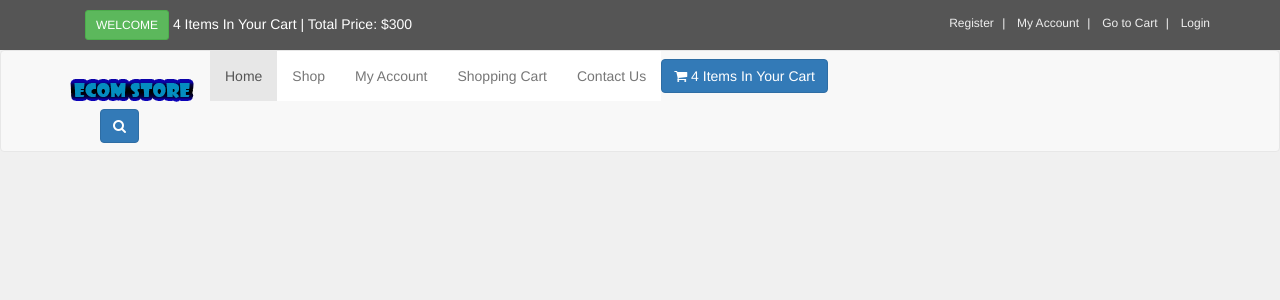
Repository: truonghuynhquy/M_Dev_Store
Page: http://localhost/
The author's editor kept a copy of each file at every save. The page is drawn from the files as they stood at one save, then again after the next save.
The browser window is 1280 px wide. The pictures show the whole page.
The page is run by PHP 8.4 with error messages shown; the project is at /var/www/html/.

Above is the page before, as saved 2022-09-21 19:37:55.

### index.php
<!DOCTYPE html>
<html lang="en">

<head>
    <meta charset="UTF-8">
    <meta http-equiv="X-UA-Compatible" content="IE=edge">
    <meta name="viewport" content="width=device-width, initial-scale=1.0">
    <title>M-Dev Shop</title>
    <link rel="stylesheet" href="styles/bootstrap-337.min.css">
    <link rel="stylesheet" href="styles/style.css">
    <link rel="stylesheet" href="font-awsome/css/font-awesome.min.css">
</head>

<body>
    <div id="top">
        <!--  Top:     Begin  -->

        <div class="container">
            <!--  Container:     Begin  -->
            <div class="col-md-6 offer">
                <!--  col-md-6 offer:     Begin  -->
                <a href="#" class="btn btn-success btn-sm">Welcome</a>
                <a href="checkout.php">4 Items In Your Cart | Total Price: $300</a>
            </div><!--  col-md-6:     Finish  -->

            <div class="col md-6">
                <!--  col-md-6:     Begin  -->

                <ul class="menu">
                    <!--  menu:     Begin  -->
                    <li>
                        <a href="customer_register.php">Register</a>
                    </li>
                    <li>
                        <a href="checkout.php">My Account</a>
                    </li>
                    <li>
                        <a href="cart.php">Go to Cart</a>
                    </li>
                    <li>
                        <a href="checkout.php">Login</a>
                    </li>

                </ul><!--  menu:     Finish  -->

            </div><!--  col-md-6:     Finish  -->

        </div><!--  Container:     Finish  -->

    </div><!--  Top:    Finish  -->


    <div id="navbar" class="navbar navbar-default">
        <!--  navbar navbar-default:    Begin  -->

        <div class="container">
            <!--  container:    Begin  -->

            <div class="nav-header">
                <!--  nav-header:    Begin  -->

                <a href="index.php" class="navbar-brand home">
                    <!-- navbar-brand home Begin -->

                    <img src="images/ecom-store-logo.png" alt="M-dev-Store Logo" class="hidden-xs">
                    <img src="images/ecom-store-logo-mobile.png" alt="M-dev-Store Logo Mobile" class="visible-xs">

                </a><!-- navbar-brand home Finish -->

                <button class="navbar-toggle" data-toggle="collapse" data-target="#navigation">

                    <span class="sr-only">Toggle navigation</span>

                    <i class="fa fa-align-justify"></i>

                </button>

                <button class="navbar-toggle" data-toggle="collapse" data-target="#search">

                    <span class="sr-only">Toggle Search</span>

                    <i class="fa fa-search"></i>

                </button>

            </div><!--  nav-header:    Finish  -->

            <div class="collapse navbar-collapse" id="navigation">
                <!-- navbar-collapse collapse Begin -->

                <div class="padding-nav">
                    <!-- padding-nav Begin -->

                    <ul class="nav navbar-nav left">
                        <!-- nav navbar-nav left Begin -->

                        <li class="active">
                            <a href="index.php">Home</a>
                        </li>
                        <li>
                            <a href="shop.php">Shop</a>
                        </li>
                        <li>
                            <a href="checkout.php">My Account</a>
                        </li>
                        <li>
                            <a href="cart.php">Shopping Cart</a>
                        </li>
                        <li>
                            <a href="contact.php">Contact Us</a>
                        </li>

                    </ul><!-- nav navbar-nav left Finish -->

                </div><!-- padding-nav Finish -->

                <a href="cart.php" class="btn navbar-btn btn-primary right">

                    <!-- btn navbar-btn btn-primary Begin -->

                    <i class="fa fa-shopping-cart"></i>

                    <span>4 Items In Your Cart</span>

                </a><!-- btn navbar-btn btn-primary Finish -->

                <div class="navbar-collapse collapse right">
                    <!-- navbar-collapse collapse right Begin -->

                    <button class="btn btn-primary navbar-btn" type="button" data-toggle="collapse" data-target="#search">
                        <!-- btn btn-primary navbar-btn Begin -->

                        <span class="sr-only">Toggle Search</span>

                        <i class="fa fa-search"></i>

                </div><!-- navbar-collapse collapse right Finish -->

                <div class="collapse clearfix" id="search">
                    <!-- collapse clearfix Begin -->

                    <form method="get" action="results.php" class="navbar-form">
                        <!-- navbar-form Begin -->

                        <div class="input-group">
                            <!-- input-group Begin -->

                            <input type="text" class="form-control" placeholder="Search" name="user_query" required>

                            <span class="input-group-btn">
                                <!-- input-group-btn Begin -->

                                <button type="submit" name="search" value="Search" class="btn btn-primary">
                                    <!-- btn btn-primary Begin -->

                                    <i class="fa fa-search"></i>

                                </button><!-- btn btn-primary Finish -->

                            </span><!-- input-group-btn Finish -->

                        </div><!-- input-group Finish -->

                    </form><!-- navbar-form Finish -->

                </div><!-- collapse clearfix Finish -->

            </div><!-- navbar-collapse collapse Finish -->

        </div><!--  container:    Finish  -->

    </div><!--  navbar navbar-default:    Finish  -->


    <script src="js/jquery-331.min.js"></script>
    <script src="js/bootstrap-337.min.js"></script>


</body>

</html>

### styles/style.css
/* Generated Styles */

body {
    font-size: 14px;
    line-height: 1.428571429;
    color: #333333;
    background-color: #f0f0f0;
    overflow: hidden;
}

/* Top Styles */

#top {
    background-color: #555555;
    padding: 10px 0;
}
#top .offer {
    color: #ffffff;
}
#top .offer .btn {
    text-transform: uppercase;
}
@media(max-width:991px) {
    #top .offer {
        padding: 10px;
    }
}
@media(max-width:991px) {
    #top {
        font-size: 12px;
        text-align: center;
    }
}
#top a{
    color: #ffffff;
}
#top ul.menu{
    padding-top: 5px;
    margin: 0px;
    text-align: right;
    font-size: 12px;
    list-style: none;
}
@media(max-width:991px) {
    #top ul.menu{
        text-align: center;;
    }
}
#top ul.menu > li {
    display: inline-block;
}
#top ul.menu > li a {
    color: #eeeeee;
}
#top ul.menu > li + li::before {
    content: "|\00a0";
    color: #f7f7f7;
    padding: 0 5px;
}

/* Header Styles */

.nav{
    background: #ffffff;
}

Loaded but not shown: styles/bootstrap-337.min.css (library); font-awsome/css/font-awesome.min.css (library); js/jquery-331.min.js (library); js/bootstrap-337.min.js (library)

After the next save:
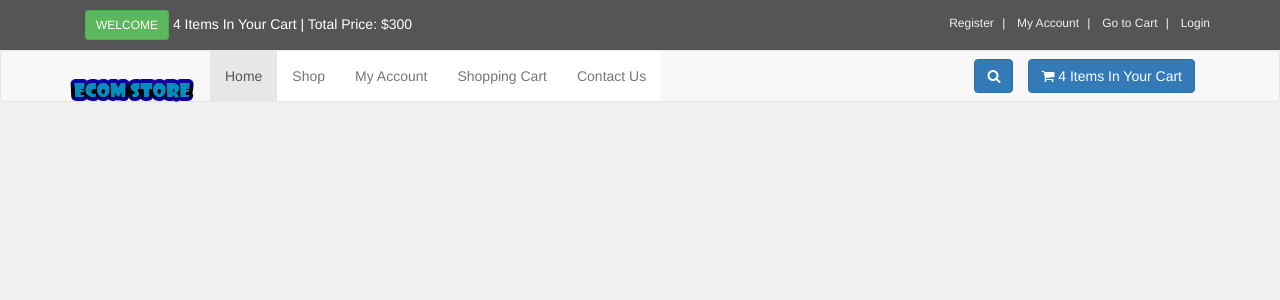
Saved 92 s later.
--- a/styles/style.css
+++ b/styles/style.css
@@ -63,3 +63,7 @@ body {
 .nav{
     background: #ffffff;
 }
+
+.navbar-collapse .right{
+    float: right;
+}
